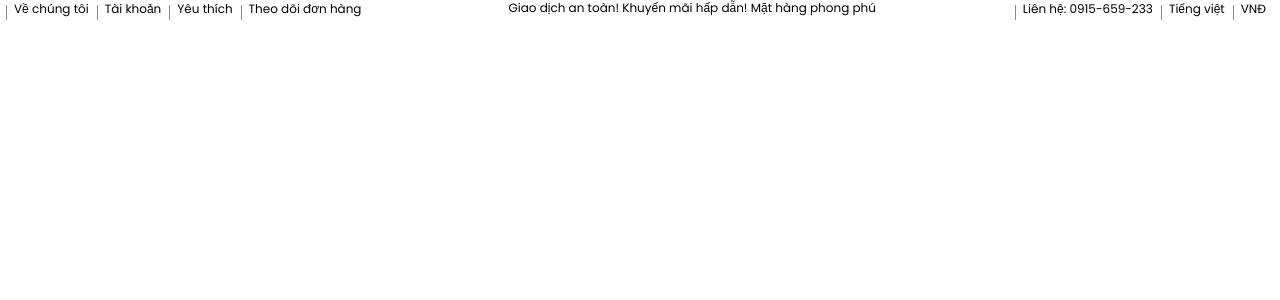
Repository: DucNghia2004/project_pro_01
Page: index.html
An editor plug-in stored every save of this project. The page is shown before and after a run of saves, followed by the edit.
The browser window is 1280 px wide. The pictures show the whole page.

Above is the page before, as saved 2024-05-30 20:31:48.

### index.html
<!DOCTYPE html>
<html lang="en">
    <head>
        <meta charset="UTF-8" />
        <meta name="viewport" content="width=device-width, initial-scale=1.0" />
        <title>Document</title>
        <!-- Reset CSS -->
        <link rel="stylesheet" href="./assets/css/resets.css" />

        <!-- Embed font -->
        <link rel="preconnect" href="https://fonts.googleapis.com" />
        <link rel="preconnect" href="https://fonts.gstatic.com" crossorigin />
        <link
            href="https://fonts.googleapis.com/css2?family=Poppins:ital,wght@0,100;0,200;0,300;0,400;0,500;0,600;0,700;0,800;0,900;1,100;1,200;1,300;1,400;1,500;1,600;1,700;1,800;1,900&display=swap"
            rel="stylesheet"
        />

        <!-- Styles CSS -->
        <link rel="stylesheet" href="./assets/css/styles.css" />
    </head>
    <body>
        <div class="info">
            <div class="container">
                <div class="info-info">
                    <div class="info-header">
                        <ul class="info__list">
                            <li class="info__item">
                                <a href="#!" class="info__link">Về chúng tôi</a>
                            </li>
                            <li class="info__item">
                                <a href="#!" class="info__link">Tài khoản</a>
                            </li>
                            <li class="info__item">
                                <a href="#!" class="info__link">Yêu thích</a>
                            </li>
                            <li class="info__item">
                                <a href="#!" class="info__link"
                                    >Theo dõi đơn hàng</a
                                >
                            </li>
                        </ul>
                    </div>
                    <div class="info-product">
                        <p class="indo-product__desc">
                            Giao dịch an toàn! Khuyến mãi hấp dẫn! Mặt hàng
                            phong phú
                        </p>
                    </div>
                    <div class="info-contact">
                        <ul class="info-contact__list">
                            <li class="info-contact__item">
                                <a href="#!" class="info-contact__link">
                                    Liên hệ: 0915-659-233
                                </a>
                            </li>
                            <li class="info-contact__item">
                                <a href="#!" class="info-contact__link"
                                    >Tiếng việt</a
                                >
                            </li>
                            <li class="info-contact__item">
                                <a href="#!" class="info-contact__link">VNĐ</a>
                            </li>
                        </ul>
                    </div>
                </div>
            </div>
        </div>
    </body>
</html>

### assets/css/styles.css
* {
    box-sizing: border-box;
}

html {
    font-size: 62.5%;
}

body {
    font-size: 1.6rem;
    font-family: "Poppins", sans-serif;
}

input,
textarea,
select,
button {
    font-size: inherit;
    font-family: inherit;
}

.container {
    width: 100%;
    max-width: calc(100% - 12px);
    margin: 0 auto;
}

/* Comon */
a {
    text-decoration: none;
}

/* Info-header */
.info-info {
    display: flex;
    align-items: center;
    justify-content: space-between;
}

.info__list {
    display: flex;
}

.info__link {
    position: relative;
    padding: 4px 8px;
    color: black;
    font-size: 1.2rem;
}

.info__link::before {
    position: absolute;
    content: "";
    display: inline-block;
    height: 15px;
    width: 1px;
    top: 9px;
    left: 0;
    background-color: rgba(0, 0, 0, 0.467);
}

.indo-product__desc {
    font-size: 1.2rem;
    color: black;
}

.info-contact__list {
    display: flex;
}

.info-contact__link {
    position: relative;
    padding: 4px 8px;
    color: black;
    font-size: 1.2rem;
}

.info-contact__link::before {
    position: absolute;
    content: "";
    display: inline-block;
    height: 15px;
    width: 1px;
    top: 9px;
    left: 0;
    background-color: rgba(0, 0, 0, 0.467);
}

Loaded but not shown: assets/css/resets.css (common file)

After the next 2 saves:
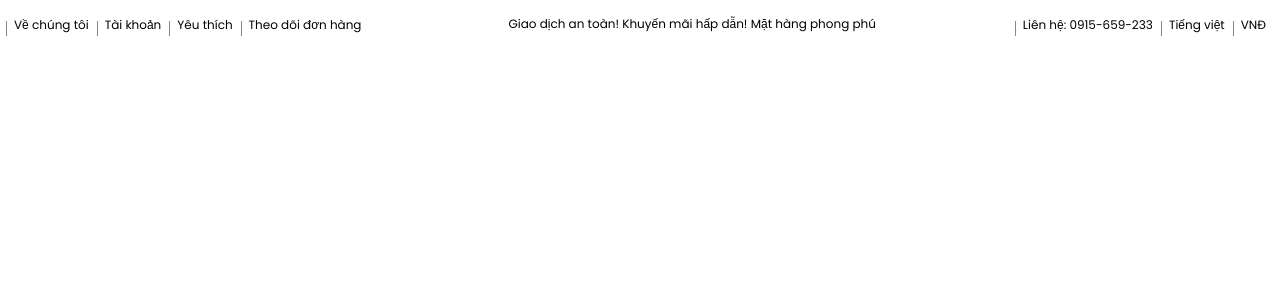
The 2 saves are shown as one change because they came seconds apart.
The last was saved 23 s later.
--- a/assets/css/styles.css
+++ b/assets/css/styles.css
@@ -35,6 +35,7 @@ a {
     display: flex;
     align-items: center;
     justify-content: space-between;
+    padding: 16px 0;
 }
 
 .info__list {
